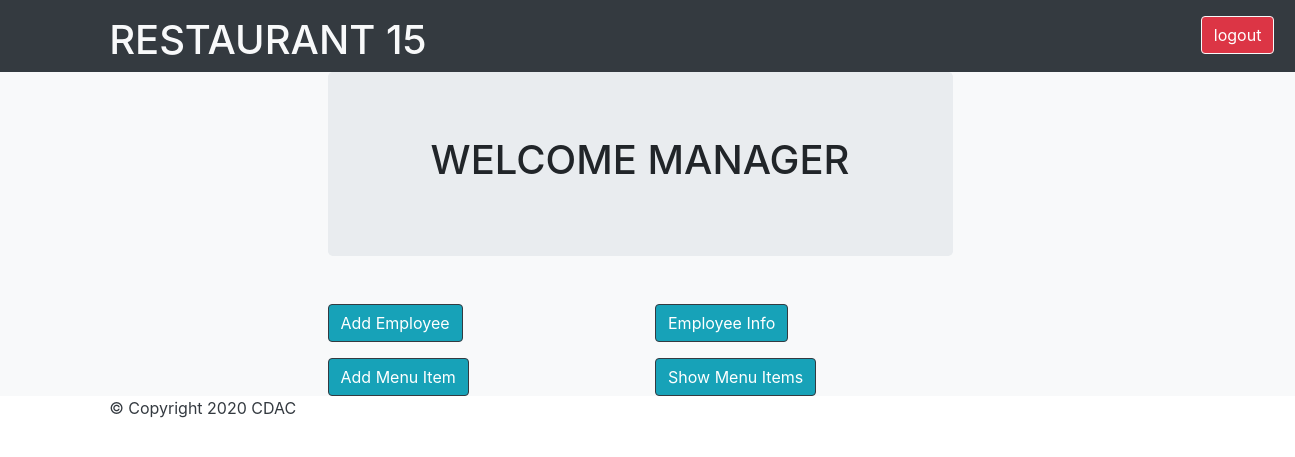
Repository: Pedaxx-IT-solution/E-Waiter-Stuff-
Page: http://localhost/ProjectEwaiter/WEB-INF/views/welcomemgr.jsp
These files come from the project's save history. The page is drawn as it stood at one moment and after the next save; the edit follows.
The browser window is 1280 px wide. The page is 1295 px wide, so the pictures cover 1295 px, including what lies to the right of the window. The pictures show the whole page.
The page is served by Tomcat 9. Nobody is signed in. Other server files are loaded and not shown. The template is opened directly, without the code that normally fills it, so the values that code supplies are empty.

Above is the page before, as saved 2020-01-25 22:48:35.

### MyProject/ProjectEwaiter/src/main/webapp/WEB-INF/views/welcomemgr.jsp
<%@ taglib uri="http://java.sun.com/jsp/jstl/core" prefix="c" %>

<html>
<head>
<meta charset="ISO-8859-1">
<title>MANAGER WELCOME</title>
<link
	href="https://stackpath.bootstrapcdn.com/bootstrap/4.4.1/css/bootstrap.min.css"
	rel="stylesheet"
	integrity="sha384-Vkoo8x4CGsO3+Hhxv8T/Q5PaXtkKtu6ug5TOeNV6gBiFeWPGFN9MuhOf23Q9Ifjh"
	crossorigin="anonymous">
</head>
<body>

<%
response.setHeader("Cache-Control", "no-cache,no-store,must-invalidate");
response.setHeader("Pragma", "no-cache");
response.setHeader("Expires", "0");
%>
	<div class="container-flud  ">

		<div class="row bg-dark pt-3">
				<div class="col-1 "></div>
				<div class="col-10  text-light ">
					<h1>RESTAURANT 15</h1>
				</div>
				<div class="col-1 text-light">
					<a href="/user/logout" class="btn btn-danger border-light" role="button">logout</a>
				</div>
		</div>

		<div class="row bg-light">
			<div class="col-3"></div>
			<div class="col-6" align="center">
				<div class="jumbotron">
					<h1>WELCOME MANAGER</h1>
				</div>
			</div>
			<div class="col-3"></div>
		</div>



		<div class="row bg-light">
			<div class="col-3"></div>
			<div class="col-3">

					<a href="/user/register" class="mt-3 btn btn-info border-dark" role="button">Add Employee</a>

			</div>

			<div class=" col-3">

					<a href="/user/showemp" class="mt-3 btn btn-info border-dark" role="button">Employee Info</a>
			</div>
			<div class="col-3"></div>

		</div>




		<div class="row bg-light">
			<div class="col-3"></div>
			<div class="col-3">

							<a href="/user/menu/addMenu" class="mt-3 btn btn-info border-dark" role="button">Add Menu Item</a>

			</div>

			<div class=" col-3">

							<a href="/user/menu/showMenu" class="mt-3 align-right btn btn-info border-dark" role="button">Show Menu Items</a>
			</div>
			<div class="col-3"></div>

		</div>






		<div class="row ">
			<div class="col-1 "></div>
			<div class="col-11 text-dark ">
				<footer>&copy; Copyright 2020 CDAC</footer>
			</div>
		</div>
	</div>

</body>
</html>

After the next save:
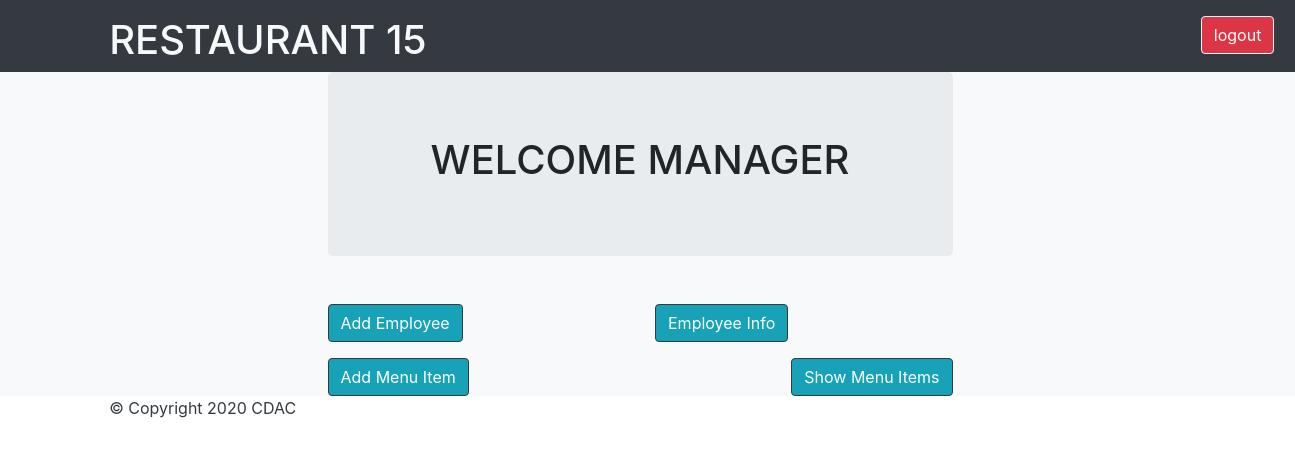
Saved 4 min 14 s later.
--- a/MyProject/ProjectEwaiter/src/main/webapp/WEB-INF/views/welcomemgr.jsp
+++ b/MyProject/ProjectEwaiter/src/main/webapp/WEB-INF/views/welcomemgr.jsp
@@ -68,9 +68,9 @@ response.setHeader("Expires", "0");
 
 			</div>
 
-			<div class=" col-3">
+			<div class=" col-3 text-right">
 
-							<a href="/user/menu/showMenu" class="mt-3 align-right btn btn-info border-dark" role="button">Show Menu Items</a>
+							<a href="/user/menu/showMenu" class="mt-3 btn btn-info border-dark" role="button">Show Menu Items</a>
 			</div>
 			<div class="col-3"></div>
 
